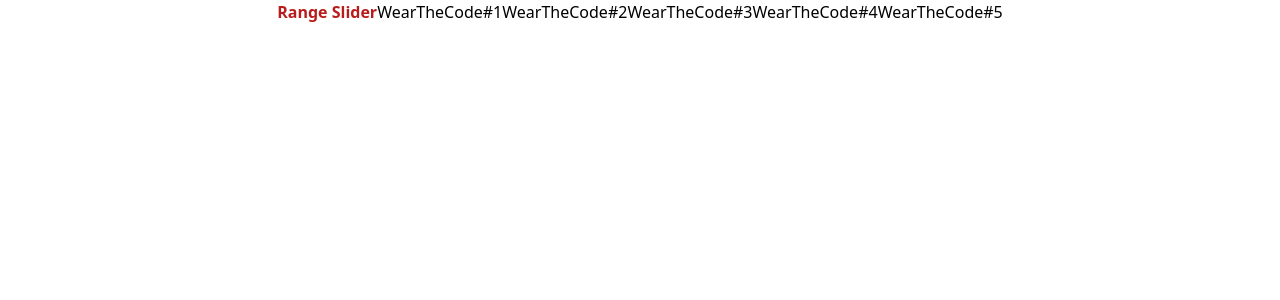
Repository: PrasadSSPBK/Tshirts-HoodiesFiltering
Page: /
These files come from the project's save history. The page is drawn as it stood at one moment and after the next save; the edit follows.
The browser window is 1280 px wide. The pictures show the whole page.
The project was rebuilt for these pictures with package versions that can differ from the ones it lists, and the page was loaded fresh each time. The framework's server and built-in components were replaced by stand-ins that run in the browser. Requests to the local data server were answered from the project's data file. Also part of the build but not shown: next.config.js.

Above is the page before, as saved 2022-10-12 15:12:13.

### pages/index.js
// import Head from 'next/head'


// import RangeSlider from '../components/RangeSlider'

import React from "react"

export default function Home({data}) {
  console.log(data)
  return (
    <div >

        <div className='rounded flex justify-center items-center'>
          <h1 className="text-red-700 font-extrabold">Range Slider</h1>

          {data.map((item)=>{
            return(
             <ul key={item.id} >
             <li >{item.title}</li>
             </ul>
            )
          })}
        </div>



    </div>
  )
}

export async function  getServerSideProps(){
  const response = await fetch("http://localhost:4000/tshirts")
  const data= await response.json()
  return{
    props:{
      data:data
    }
  }

}

### styles/globals.css

@tailwind base;
@tailwind components;
@tailwind utilities;

body{
overflow-x: hidden;
}

### db.json
 {
  "tshirts": [
    { "id": 1, "title": "WearTheCode#1", "color": "blue" },
    { "id": 2, "title": "WearTheCode#2", "color": "green" },
    { "id": 3, "title": "WearTheCode#3", "color": "purple" },
    { "id": 4, "title": "WearTheCode#4", "color": "yellow" },
    { "id": 5, "title": "WearTheCode#5", "color": "pink" }
  ],
  "comments": [
    { "id": 1, "body": "some comment", "postId": 1 }
  ],
  "profile": { "name": "typicode" }
}

Loaded but not shown: pages/_app.js (common file); tailwind.config.js (common file)

After the next save:
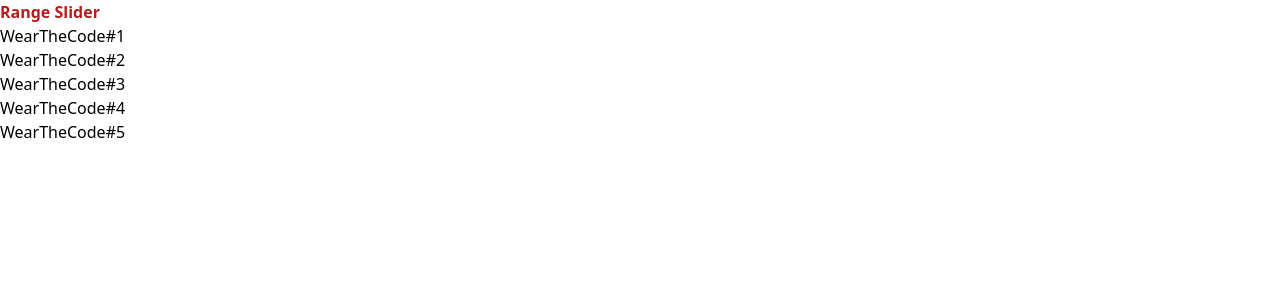
Saved 21 s later.
--- a/pages/index.js
+++ b/pages/index.js
@@ -10,7 +10,7 @@ export default function Home({data}) {
   return (
     <div >
 
-        <div className='rounded flex justify-center items-center'>
+        <div className='rounded  justify-center items-center'>
           <h1 className="text-red-700 font-extrabold">Range Slider</h1>
 
           {data.map((item)=>{
